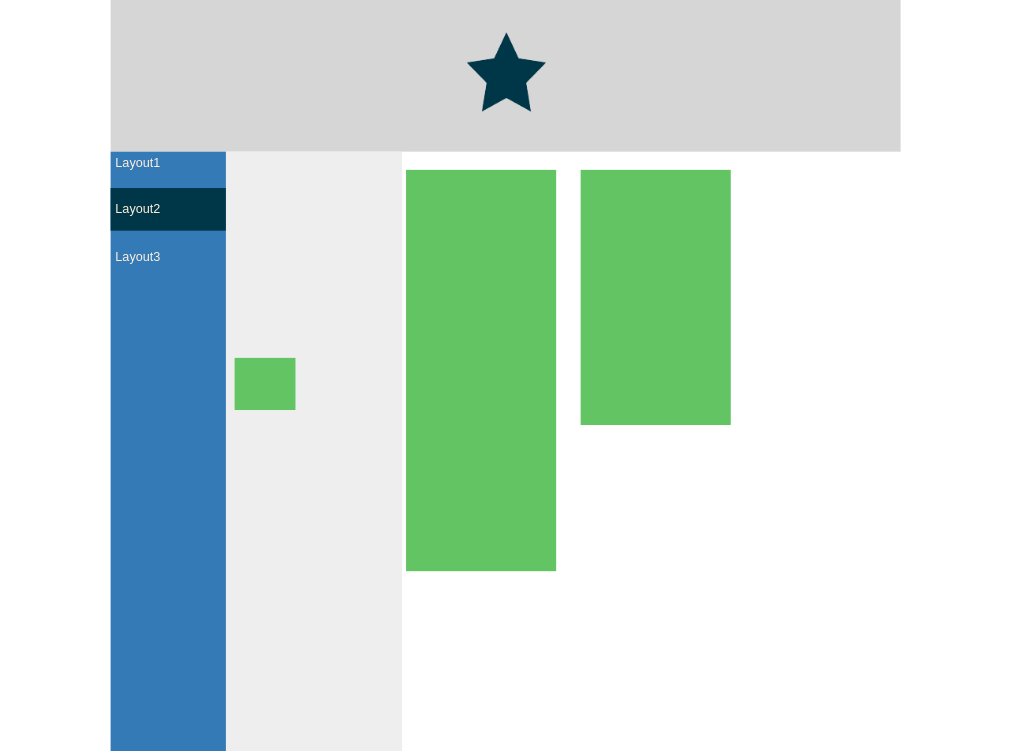
Repository: baliayassin/MyGame
Page: Documents/Aptana Studio 3 Workspace/homeWork2/layOut2.html
An editor plug-in stored every save of this project. The page is shown before and after the next save, followed by the edit.
The browser window is 1280 px wide. The pictures show the whole page, at 79% of full size.

Above is the page before, as saved 2017-11-29 13:01:10.

After the next save:
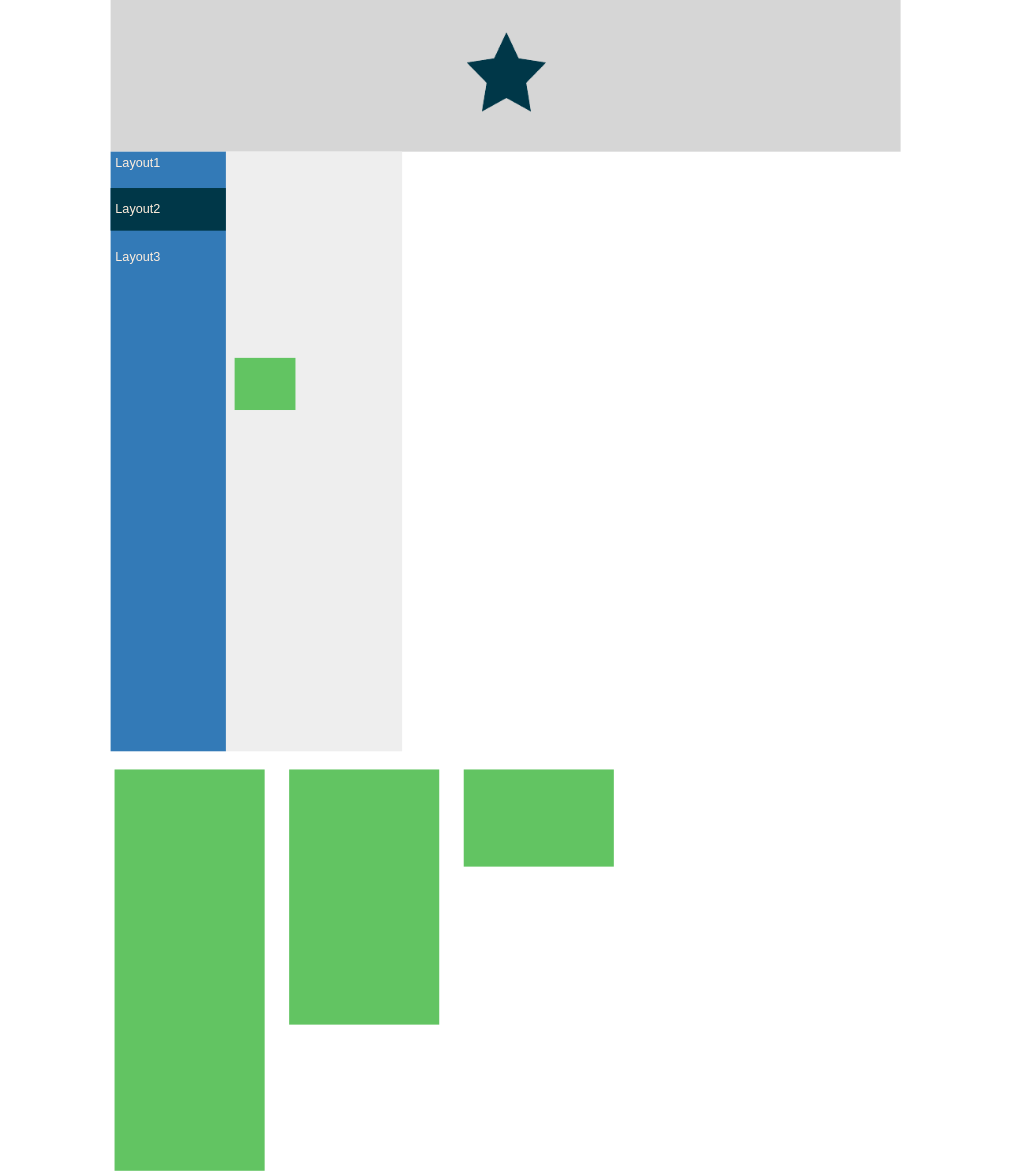
Saved 115 s later.
--- a/Documents/Aptana Studio 3 Workspace/homeWork2/layOut2.html
+++ b/Documents/Aptana Studio 3 Workspace/homeWork2/layOut2.html
@@ -32,6 +32,8 @@
     	<section><article></article>
 
     		<article> </article>
+    		<article></article>
+
     		 </section>
 
 		</main>
--- a/Documents/Aptana Studio 3 Workspace/homeWork2/includes/style.css
+++ b/Documents/Aptana Studio 3 Workspace/homeWork2/includes/style.css
@@ -272,3 +272,13 @@ main, nav, aside, footer, section, article, header {
 	float:left;
 
 }
+
+#wrapper2 section article:nth-child(3){
+
+	background:#62C462;
+	margin-left:31px;
+	height:123px;
+	width:190px;
+	float:left;
+
+}
